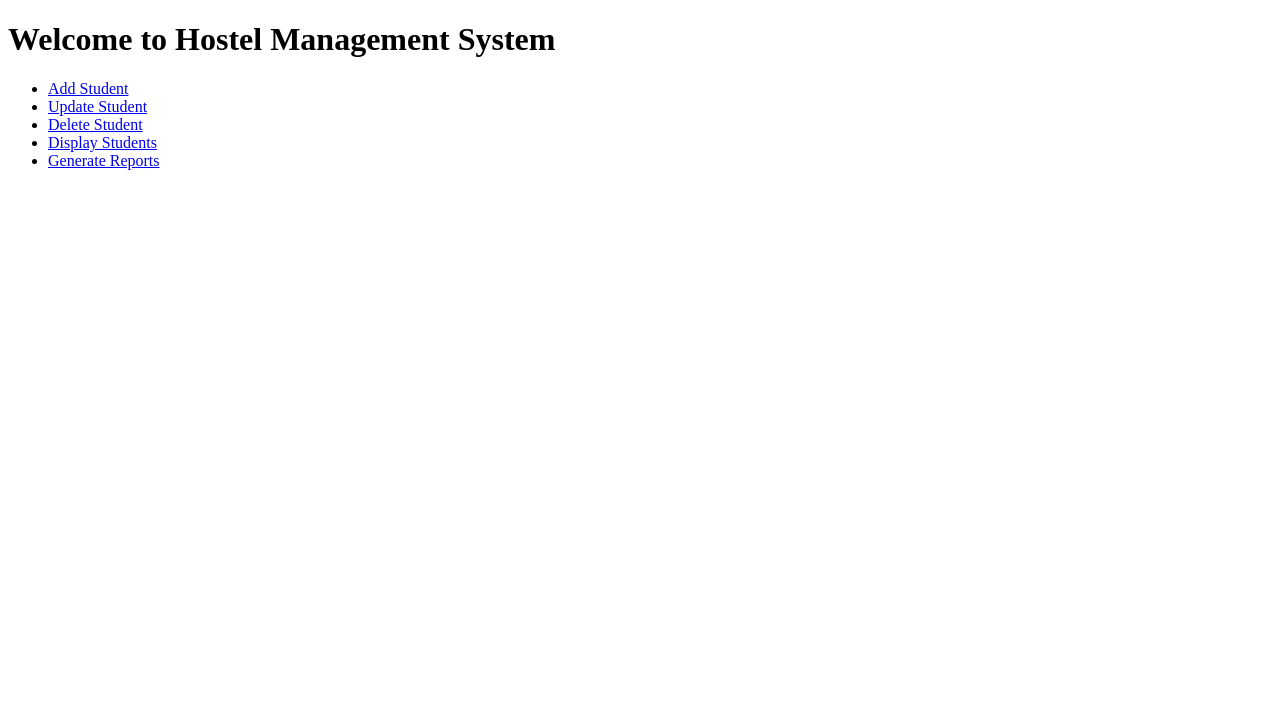
Repository: Adhyashetty-bit/Hostel-Management-System
Page: http://localhost/HostelWebApp/
An editor plug-in stored every save of this project. The page is shown before and after the next save, followed by the edit.
The browser window is 1280 px wide. The pictures show the whole page.
The page is served by Tomcat 9. Other server files are loaded and not shown.

Above is the page before, as saved 2025-05-27 07:01:40.

### HostelWebApp/src/main/webapp/index.jsp
<%@ page language="java" contentType="text/html; charset=UTF-8" pageEncoding="UTF-8"%>
<!DOCTYPE html>
<html>
<head>
    <title>Hostel Management System</title>
</head>
<body>
    <h1>Welcome to Hostel Management System</h1>
    <ul>
        <li><a href="studentadd.jsp">Add Student</a></li>
        <li><a href="studentupdate.jsp">Update Student</a></li>
        <li><a href="studentdelete.jsp">Delete Student</a></li>
        <li><a href="studentdisplay.jsp">Display Students</a></li>
        <li><a href="report_form.jsp">Generate Reports</a></li>
    </ul>
</body>
</html>

After the next save:
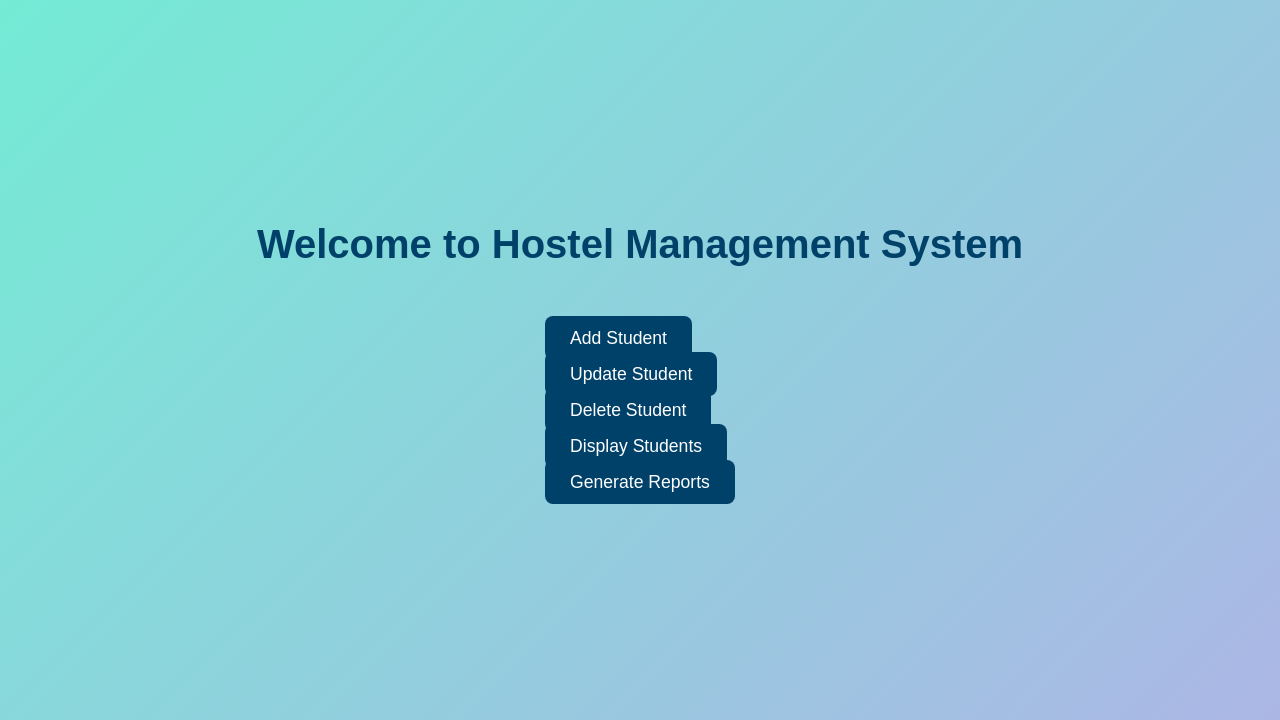
Saved 7 min 29 s later.
--- a/HostelWebApp/src/main/webapp/index.jsp
+++ b/HostelWebApp/src/main/webapp/index.jsp
@@ -1,4 +1,4 @@
-<%@ page language="java" contentType="text/html; charset=UTF-8" pageEncoding="UTF-8"%>
+<%-- <%@ page language="java" contentType="text/html; charset=UTF-8" pageEncoding="UTF-8"%>
 <!DOCTYPE html>
 <html>
 <head>
@@ -14,4 +14,67 @@
         <li><a href="report_form.jsp">Generate Reports</a></li>
     </ul>
 </body>
+</html> --%>
+
+
+<%@ page language="java" contentType="text/html; charset=UTF-8" pageEncoding="UTF-8"%>
+<!DOCTYPE html>
+<html>
+<head>
+    <title>Hostel Management System</title>
+    <style>
+        body {
+            font-family: Arial, sans-serif;
+            background: linear-gradient(135deg, #74ebd5 0%, #ACB6E5 100%);
+            margin: 0;
+            padding: 0;
+            display: flex;
+            flex-direction: column;
+            height: 100vh;
+            justify-content: center;
+            align-items: center;
+            color: #333;
+        }
+
+        h1 {
+            margin-bottom: 30px;
+            font-size: 2.5em;
+            color: #00416A;
+        }
+
+        ul {
+            list-style-type: none;
+            padding: 0;
+        }
+
+        li {
+            margin: 15px 0;
+        }
+
+        a {
+            text-decoration: none;
+            background-color: #00416A;
+            color: white;
+            padding: 12px 25px;
+            border-radius: 8px;
+            font-size: 1.1em;
+            transition: background-color 0.3s ease, transform 0.3s ease;
+        }
+
+        a:hover {
+            background-color: #007FFF;
+            transform: scale(1.05);
+        }
+    </style>
+</head>
+<body>
+    <h1>Welcome to Hostel Management System</h1>
+    <ul>
+        <li><a href="studentadd.jsp">Add Student</a></li>
+        <li><a href="studentupdate.jsp">Update Student</a></li>
+        <li><a href="studentdelete.jsp">Delete Student</a></li>
+        <li><a href="studentdisplay.jsp">Display Students</a></li>
+        <li><a href="report_form.jsp">Generate Reports</a></li>
+    </ul>
+</body>
 </html>
